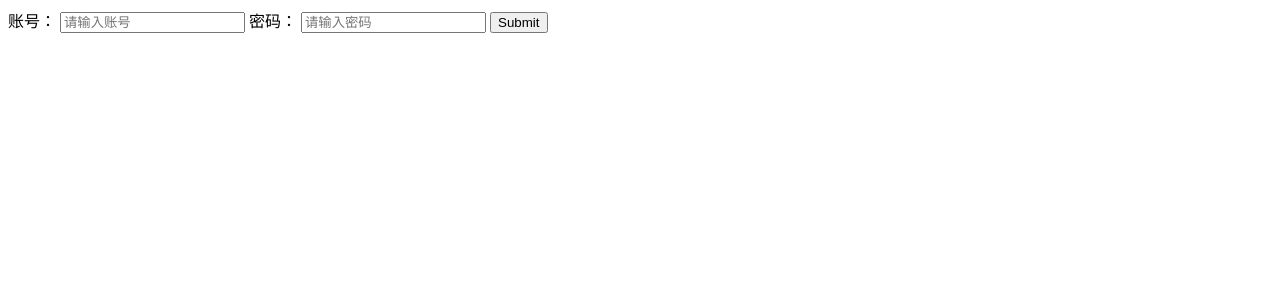
Repository: wweewweehouzi/Eonkey
Page: 2020.04.01/index.html
An editor plug-in stored every save of this project. The page is shown before and after the next save, followed by the edit.
The browser window is 1280 px wide. The pictures show the whole page.

Above is the page before, as saved 2020-04-01 17:42:11.

After the next save:
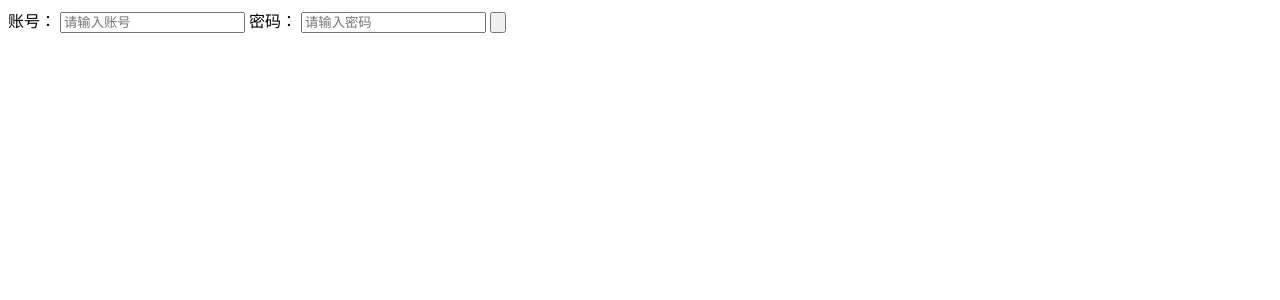
Saved 75 s later.
--- a/2020.04.01/index.html
+++ b/2020.04.01/index.html
@@ -20,7 +20,7 @@
                 密码：
                 <input type="password" placeholder="请输入密码" name="pwd" v-model='pwd'>
             </label>
-            <input type="submit" v-on:click='handleSubmit()'>
+            <input type="button" v-on:click='handleSubmit()'>
         </form>
 
     </div>
